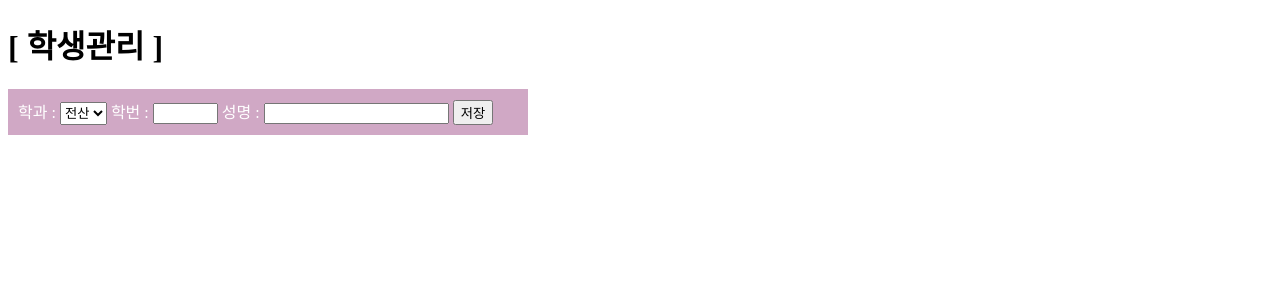
Repository: eeul07/html
Page: ex0508/WebContent/WEB-INF/students/slist.html
An editor plug-in stored every save of this project. The page is shown before and after the next save, followed by the edit.
The browser window is 1280 px wide. The pictures show the whole page.
Some web libraries are served in a nearby version.

Above is the page before, as saved 2020-05-08 01:01:45.

After the next save:
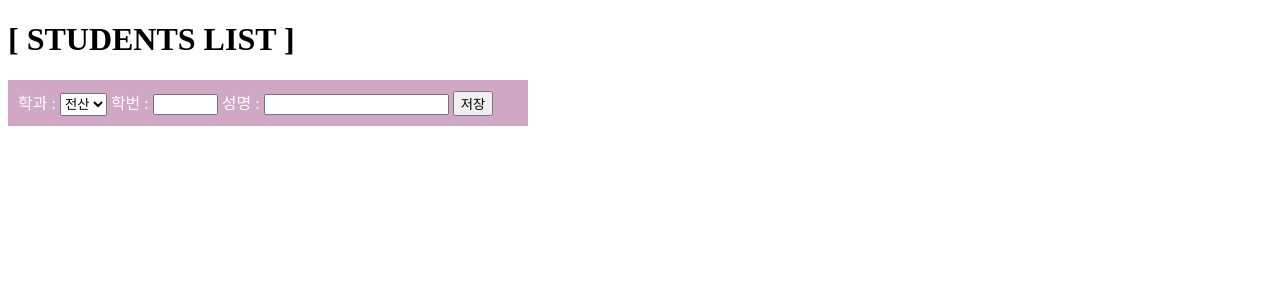
Saved 62 s later.
--- a/ex0508/WebContent/WEB-INF/students/slist.html
+++ b/ex0508/WebContent/WEB-INF/students/slist.html
@@ -12,7 +12,7 @@
 	</style>
 </head>
 <body>
-	<h1>[ 학생관리 ]</h1>
+	<h1>[ STUDENTS LIST ]</h1>
 	<div id="students">
 		학과 : <select id="dept">
 			<option>전산</option>
